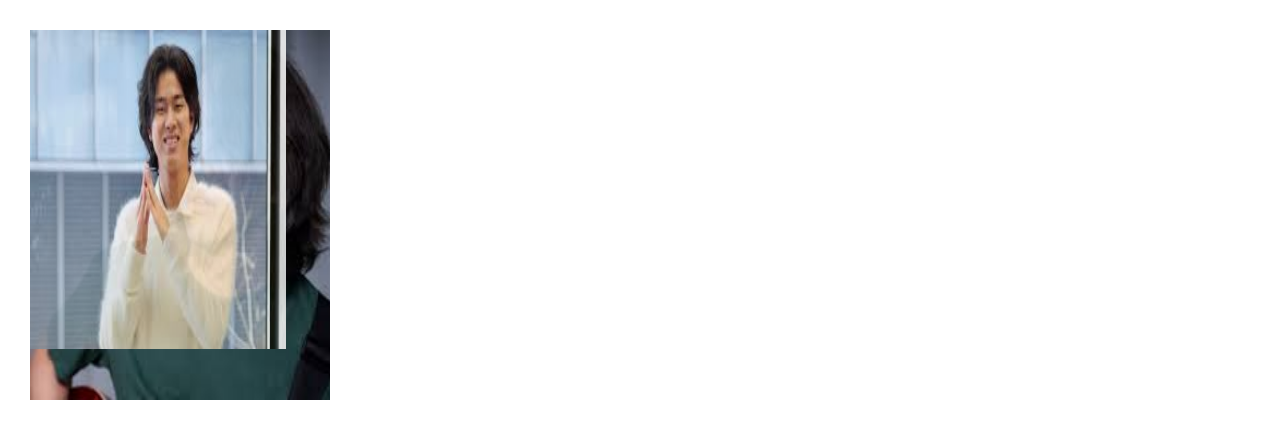
Repository: Migorithm/front_work
Page: front05_JQuery/src/main/webapp/3_event/jq12_slideToggle.html
The author's editor kept a copy of each file at every save. The page is drawn from the files as they stood at one save, then again after the next save.
The browser window is 1280 px wide. The pictures show the whole page.
After loading, the first visible `a.image` was clicked once.

Above is the page before, as saved 2021-09-06 03:34:37.

After the next save:
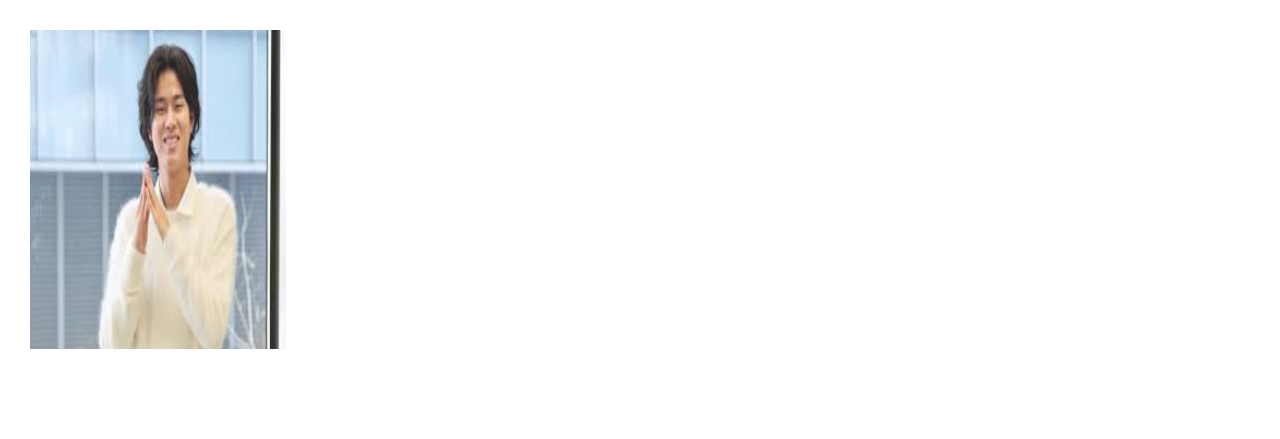
Saved 2 min 8 s later.
--- a/front05_JQuery/src/main/webapp/3_event/jq12_slideToggle.html
+++ b/front05_JQuery/src/main/webapp/3_event/jq12_slideToggle.html
@@ -27,7 +27,9 @@
 			$(this).next().show(2000);
 
 			var nextimage = $(this).next().length? $(this).next():$('.image:eq(0)')
-			nextimage.show()
+			$(this).hide(1000);
+			nextimage.show();
+
 		})
 
 		});
